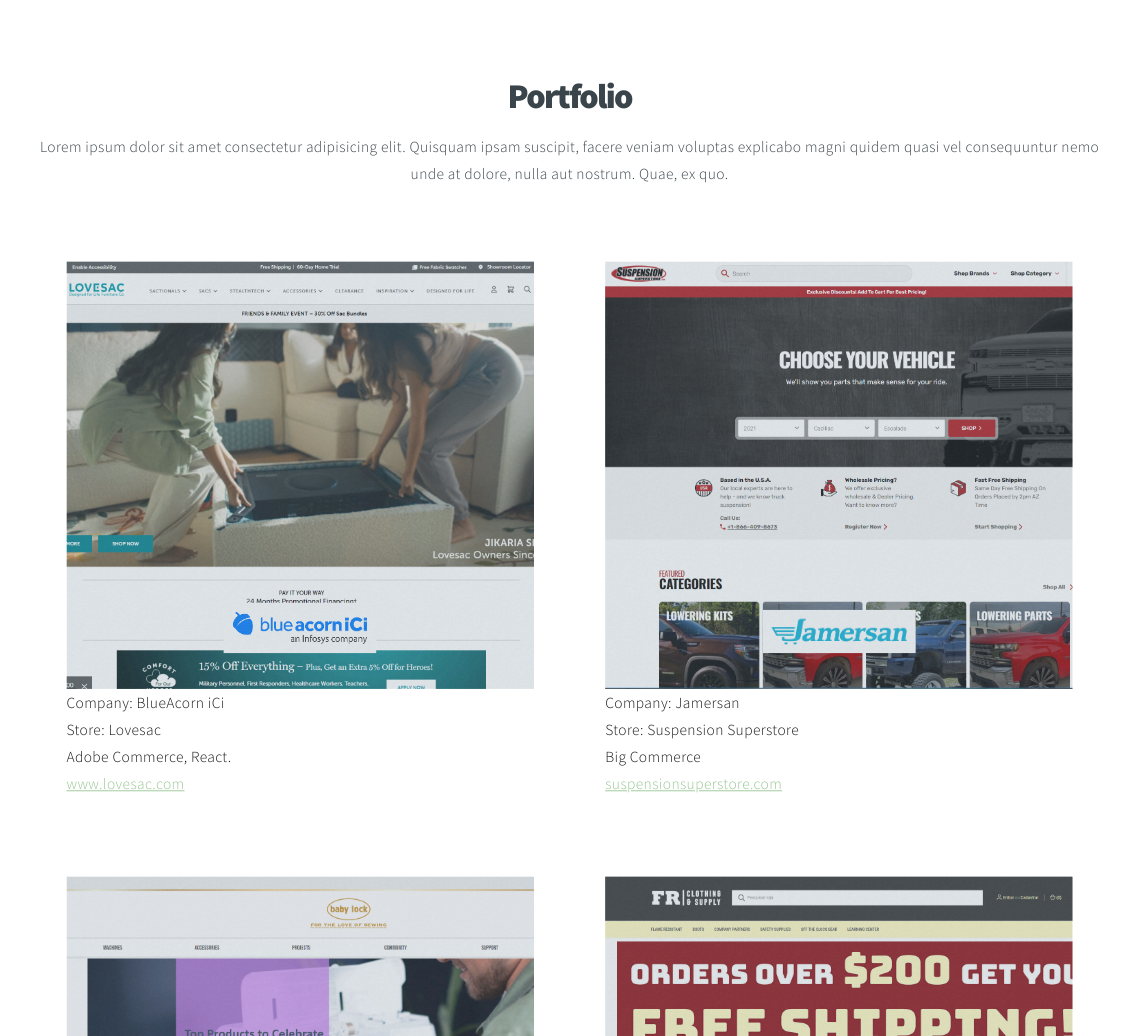
Repository: mauriciopazpp/mauriciopazpp.github.io
Page: index.html
An editor plug-in stored every save of this project. The page is shown before and after the next save, followed by the edit.
The browser window is 1280 px wide. The pictures show the part of the page from y = 5336 to 6500 px (the page is 11625 px tall before and 11565 px after), at 89% of full size.
A picture or video elsewhere on the page could not be fetched, so the positions and the page height are approximate. Backgrounds fixed to the window are drawn as part of the page.

Above is the page before, as saved 2024-03-06 00:02:04.
Console error: TypeError: Cannot set properties of undefined (setting 'windowMargin')

After the next save:
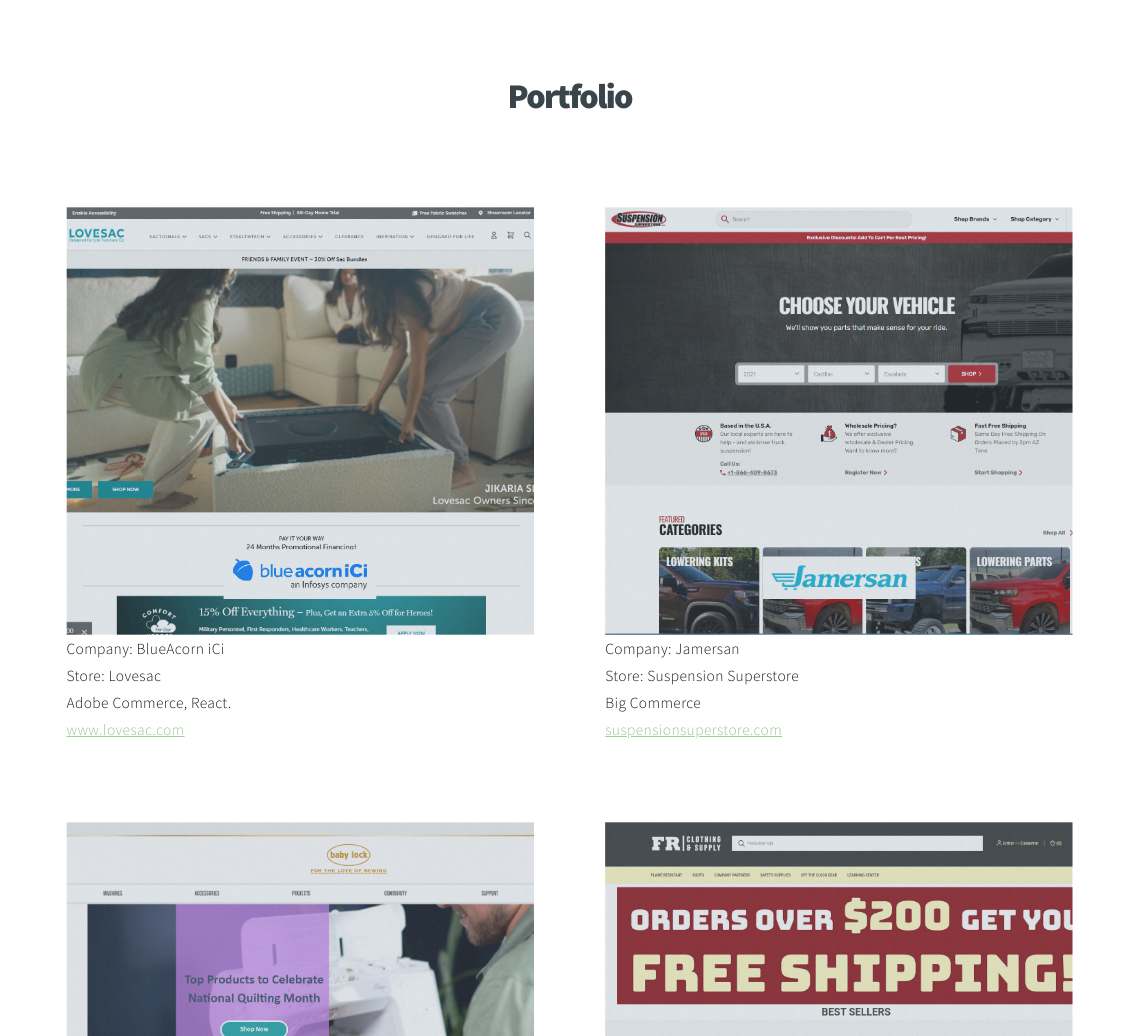
Saved 2 min 10 s later.
--- a/index.html
+++ b/index.html
@@ -207,7 +207,7 @@
 			<div class="content">
 				<header>
 					<h2>Portfolio</h2>
-					<p>Lorem ipsum dolor sit amet consectetur adipisicing elit. Quisquam ipsam suscipit, facere veniam voluptas explicabo magni quidem quasi vel consequuntur nemo unde at dolore, nulla aut nostrum. Quae, ex quo.</p>
+					<p></p>
 				</header>
 
 				<!-- Gallery  -->
